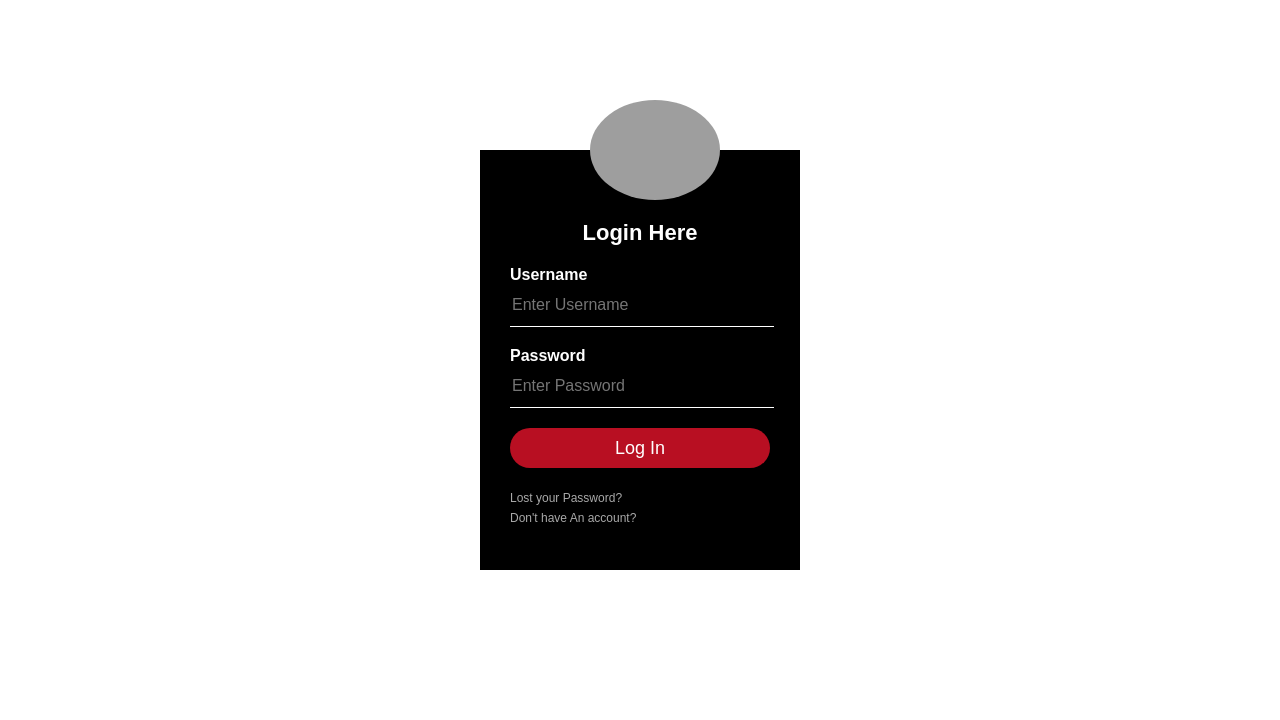
Repository: MyselfAman/Login_Page_Servlet
Page: http://localhost/Login_Page/login.jsp
These files come from the project's save history. The page is drawn as it stood at one moment and after the next save; the edit follows.
The browser window is 1280 px wide. The pictures show the whole page.
Pictures or frames that could not be fetched are drawn as grey boxes. The page is served by Tomcat 9.

Above is the page before, as saved 2019-08-08 04:16:29.
Not found: Login_Page/img/bg.jpeg

After the next save:
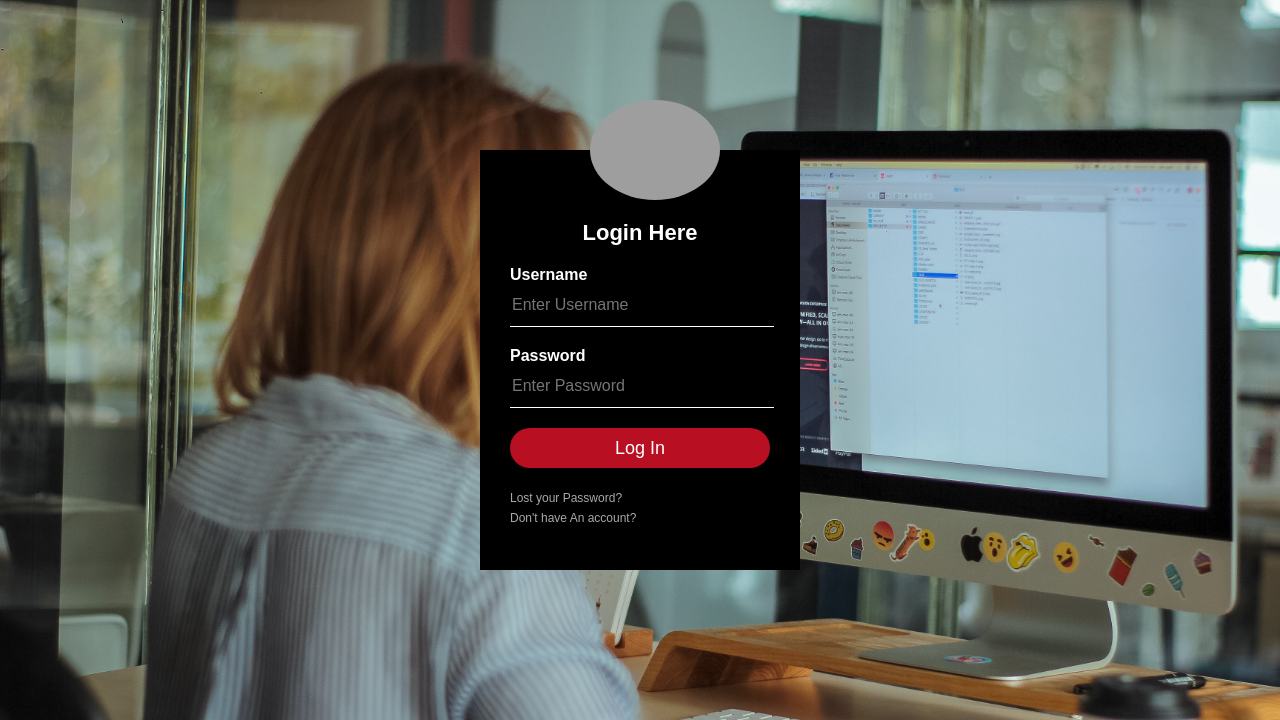
Saved 2 min 51 s later.
--- a/Login_Page/WebContent/style.css
+++ b/Login_Page/WebContent/style.css
@@ -4,7 +4,7 @@
 body {
   margin: 0;
   padding: 0;
-  background: url(../img/bg.jpeg) no-repeat center top;
+  background: url(../images/code.jpg) no-repeat center top;
   background-size: cover;
   font-family: sans-serif;
   height: 100vh;
